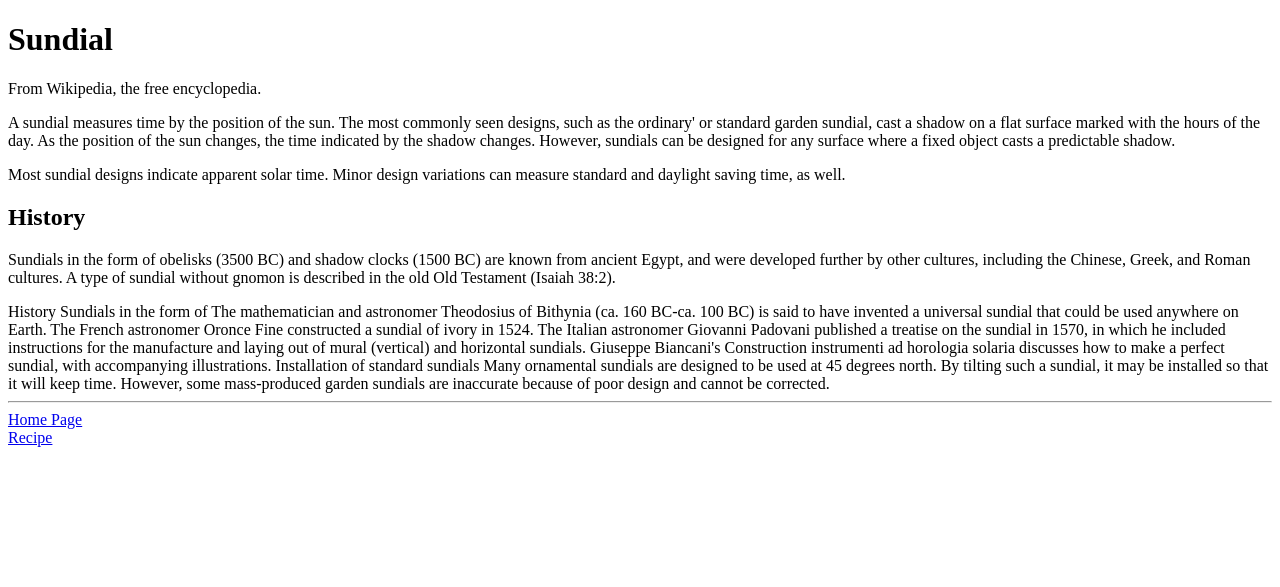
Repository: 10-1-pursuit/lab-intro-to-html
Page: sundial/index.html
The author's editor kept a copy of each file at every save. The page is drawn from the files as they stood at one save, then again after the next save.
The browser window is 1280 px wide. The pictures show the whole page.

Above is the page before, as saved 2023-06-14 03:28:21.

### sundial/index.html
<!DOCTYPE html>
<html lang="en">
  <head>
    <meta charset="UTF-8" />
    <meta name="viewport" content="width=device-width, initial-scale=1.0" />
    <title>Sundial</title>
  </head>
  <body>
    <h1>Sundial</h1>
    <p>From Wikipedia, the free encyclopedia.</p>
    <div>
      <p>
        A sundial measures time by the position of the sun. The most commonly
        seen designs, such as the ordinary' or standard garden sundial, cast a
        shadow on a flat surface marked with the hours of the day. As the
        position of the sun changes, the time indicated by the shadow changes.
        However, sundials can be designed for any surface where a fixed object
        casts a predictable shadow.
      </p>
      <p>
        Most sundial designs indicate apparent solar time. Minor design
        variations can measure standard and daylight saving time, as well.
      </p>
    </div>
    <div>
      <h2>History</h2>
      <p>
        Sundials in the form of obelisks (3500 BC) and shadow clocks (1500 BC)
        are known from ancient Egypt, and were developed further by other
        cultures, including the Chinese, Greek, and Roman cultures. A type of
        sundial without gnomon is described in the old Old Testament (Isaiah
        38:2).
      </p>
    </div>

    History Sundials in the form of The mathematician and astronomer Theodosius
    of Bithynia (ca. 160 BC-ca. 100 BC) is said to have invented a universal
    sundial that could be used anywhere on Earth. The French astronomer Oronce
    Fine constructed a sundial of ivory in 1524. The Italian astronomer Giovanni
    Padovani published a treatise on the sundial in 1570, in which he included
    instructions for the manufacture and laying out of mural (vertical) and
    horizontal sundials. Giuseppe Biancani's Construction instrumenti ad
    horologia solaria discusses how to make a perfect sundial, with accompanying
    illustrations. Installation of standard sundials Many ornamental sundials
    are designed to be used at 45 degrees north. By tilting such a sundial, it
    may be installed so that it will keep time. However, some mass-produced
    garden sundials are inaccurate because of poor design and cannot be
    corrected.
    <hr />
    <nav>
      <a href="./index.html">Home Page</a>
      <br />
      <a href="../recipe/index.html">Recipe</a>
    </nav>
  </body>
</html>

After the next save:
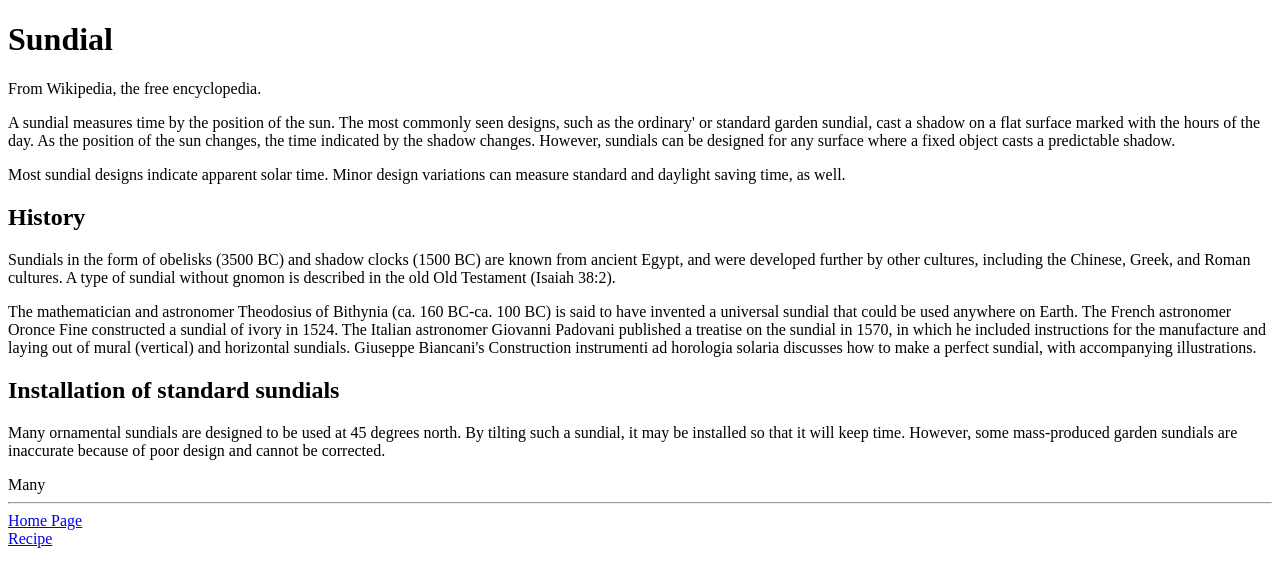
Saved 3 min 37 s later.
--- a/sundial/index.html
+++ b/sundial/index.html
@@ -31,21 +31,29 @@
         sundial without gnomon is described in the old Old Testament (Isaiah
         38:2).
       </p>
+      <p>
+        The mathematician and astronomer Theodosius of Bithynia (ca. 160 BC-ca.
+        100 BC) is said to have invented a universal sundial that could be used
+        anywhere on Earth. The French astronomer Oronce Fine constructed a
+        sundial of ivory in 1524. The Italian astronomer Giovanni Padovani
+        published a treatise on the sundial in 1570, in which he included
+        instructions for the manufacture and laying out of mural (vertical) and
+        horizontal sundials. Giuseppe Biancani's Construction instrumenti ad
+        horologia solaria discusses how to make a perfect sundial, with
+        accompanying illustrations.
+      </p>
+    </div>
+    <div>
+      <h2>Installation of standard sundials</h2>
+      <p>
+        Many ornamental sundials are designed to be used at 45 degrees north. By
+        tilting such a sundial, it may be installed so that it will keep time.
+        However, some mass-produced garden sundials are inaccurate because of
+        poor design and cannot be corrected.
+      </p>
     </div>
 
-    History Sundials in the form of The mathematician and astronomer Theodosius
-    of Bithynia (ca. 160 BC-ca. 100 BC) is said to have invented a universal
-    sundial that could be used anywhere on Earth. The French astronomer Oronce
-    Fine constructed a sundial of ivory in 1524. The Italian astronomer Giovanni
-    Padovani published a treatise on the sundial in 1570, in which he included
-    instructions for the manufacture and laying out of mural (vertical) and
-    horizontal sundials. Giuseppe Biancani's Construction instrumenti ad
-    horologia solaria discusses how to make a perfect sundial, with accompanying
-    illustrations. Installation of standard sundials Many ornamental sundials
-    are designed to be used at 45 degrees north. By tilting such a sundial, it
-    may be installed so that it will keep time. However, some mass-produced
-    garden sundials are inaccurate because of poor design and cannot be
-    corrected.
+    Many
     <hr />
     <nav>
       <a href="./index.html">Home Page</a>
